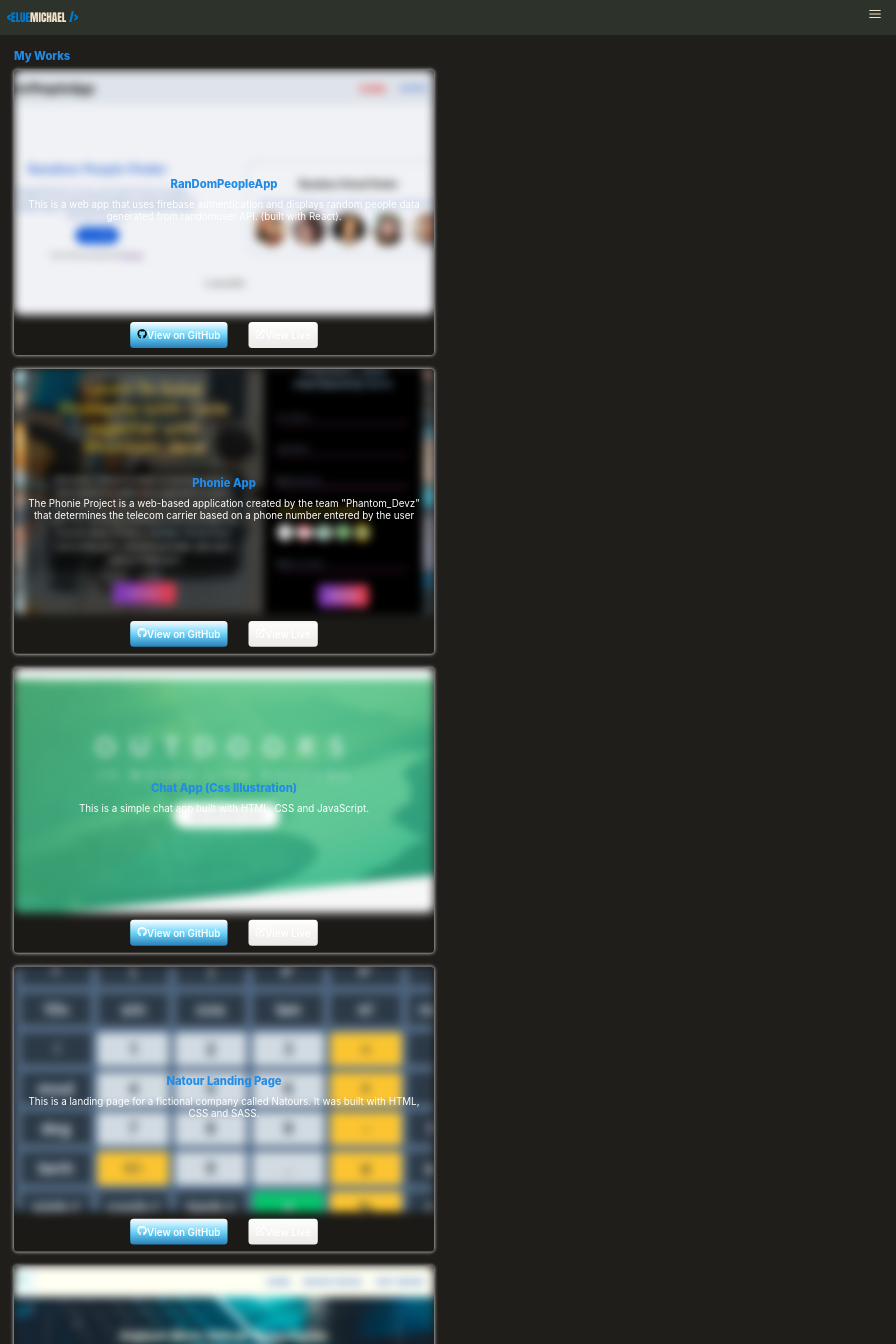
Repository: MikkyPrestige/portfolio
Page: /projects
These files come from the project's save history. The page is drawn as it stood at one moment and after the next save; the edit follows.
The browser window is 1280 px wide. The pictures show the part of the page from y = 0 to 1920 px (the page is 5651 px tall before and 5326 px after), at 70% of full size.
The project was rebuilt for these pictures with package versions that can differ from the ones it lists, and the page was loaded fresh each time. Also part of the build but not shown: src/components/avatar.jsx, src/components/home.jsx, src/components/about.jsx, src/components/fallback.jsx.

Above is the page before, as saved 2023-02-21 18:31:20.

### public/index.html
<!DOCTYPE html>
<html lang="en">
  <head>
    <meta charset="utf-8" />
    <link rel="icon" href="%PUBLIC_URL%/favicon.ico" />
    <meta name="viewport" content="width=device-width, initial-scale=1" />
    <meta name="theme-color" content="#000000" />
    <meta
      name="description"
      content="Web site created using create-react-app"
    />
    <link rel="apple-touch-icon" href="%PUBLIC_URL%/logo192.png" />
    <!--
      manifest.json provides metadata used when your web app is installed on a
      user's mobile device or desktop. See https://developers.google.com/web/fundamentals/web-app-manifest/
    -->
    <link rel="manifest" href="%PUBLIC_URL%/manifest.json" />
    <!--
      Notice the use of %PUBLIC_URL% in the tags above.
      It will be replaced with the URL of the `public` folder during the build.
      Only files inside the `public` folder can be referenced from the HTML.

      Unlike "/favicon.ico" or "favicon.ico", "%PUBLIC_URL%/favicon.ico" will
      work correctly both with client-side routing and a non-root public URL.
      Learn how to configure a non-root public URL by running `npm run build`.
    -->
    <title>Elue Michael Portfolio</title>
  </head>
  <body>
    <noscript>You need to enable JavaScript to run this app.</noscript>
    <div id="root"></div>
    <!--
      This HTML file is a template.
      If you open it directly in the browser, you will see an empty page.

      You can add webfonts, meta tags, or analytics to this file.
      The build step will place the bundled scripts into the <body> tag.

      To begin the development, run `npm start` or `yarn start`.
      To create a production bundle, use `npm run build` or `yarn build`.
    -->
  </body>
</html>

### src/assets/styles/sass/main.scss
@import 'abstracts/variables';
@import 'base/utilities';
@import 'base/base';
@import 'layouts/header';
@import 'pages/home';
@import 'pages/about';
@import 'pages/projects';

// @media (prefers-reduced-motion: no-preference) {
//   .App-logo {
//     animation: App-logo-spin infinite 20s linear;
//   }
// }

// @keyframes App-logo-spin {
//   from {
//     transform: rotate(0deg);
//   }
//   to {
//     transform: rotate(360deg);
//   }
// }

### src/assets/styles/sass/abstracts/_variables.scss
:root {
  --color-primary: #cc4600;
  --color-secondary: #bb45cb;
  --color-tertiary: #eefff8;

  // MARK UP
  --color--markup: #FF8303;
  // TEXT
  --color--text: #F0E3CA;

  // BACKGROUND
  --color--bg: #2D322A;
  --color--bg-light: #242320;
  --color--bg-dark: #1B1A17;
  --color--bg-dark-2: #1F1E1B;
  //DARK
  --color--dark: rgba(22, 22, 22, 1);
  --color--dark-1: rgba(34, 34, 34, 1);
  --color--dark-2: rgba(45, 45, 45, 1);
  --color--dark-3: rgba(51, 51, 51, 1);
  --color--dark-4: rgba(189, 189, 189, 1);
  //WHITE
  --color--white: rgba(255, 255, 255, 1);
  --color--white-1: rgba(240, 227, 202, 1);
  --color--white-2: #ece9e6;
  --color--white-op: rgba(240, 227, 202, 0.76);

  // GRAY
  --color--gray: #ABB2BF;

  --light-blue: rgba(97, 218, 251, 1);
  --light-blue--1: #3bc9db;
  --light-blue--2: #6dd5fa;
  --dark-blue: rgba(0, 122, 204, 1);
  --dark-blue--1: #2980b9;
  --blue-cyan: #228be6;
  --dark-blue-op: rgba(6, 6, 7, 0.82);

  --color--green: rgba(131, 205, 41, 1);

  //Font size
  --font-size: 1rem;
  --font-size--small: 1.2rem;
  --font-size--medium: 1.4rem;
  --font-size--large: 1.6rem;
  --font-size--x-large: 1.8rem;
  --font-size--xx-large: 2rem;
  // ICON FONTS
  --font-size--icon: 3rem;
  --font-size--icon-1: 3.5rem;
  --font-size--icon-2: 4rem;


  //Font family
  --font-family: 'Roboto', sans-serif;
  --font--family--primary: 'Inter', sans-serif;
  --font-family--secondary: 'Inconsolata', monospace;
  --font-family--tertiary: 'Impact', sans-serif;
  --font-family--2: 'Fira Code', monospace;

  // FONT WEIGHT
  --font-weight--light: 300;
  --font-weight--regular: 400;
  --font-weight--medium: 600;
  --font-weight--bold: 800;
  --font-weight--boldest: 900;
}

### src/assets/styles/sass/base/_utilities.scss
.github-link-bg {
  background: linear-gradient(to top, var(--dark-blue--1), var(--light-blue--2), var(--color--white));
}

.live-link-bg {
  background: linear-gradient(to top, var(--color--white-2), var(--color--white));
}

### src/assets/styles/sass/base/_base.scss
*,
*::after,
*::before {
  margin: 0;
  padding: 0;
  box-sizing: border-box;
}

html {
  font-size: 62.5%;
  font-family: var(--font-family);
  color: var(--color-white);
  background-color: var(--color--bg);
}

::selection {
  background-color: var(--color-primary);
  color: var(--color-white);
}

### src/assets/styles/sass/layouts/_header.scss
.layout {
  width: 100%;
  height: 5rem;

  &--header {
    display: flex;
    justify-content: space-between;
    align-items: center;
    padding: 1rem;

    &__title {
      text-align: center;

      &__content {
        color: var(--color--text);
        font-family: var(--font-family--tertiary);
        font-size: var(--font-size--large);
        font-weight: var(--font-weight--regular);
        position: absolute;
        z-index: 1000;

        &__span {
          color: var(--dark-blue);
          font-size: var(--font-size--x-large);

          &--2 {
            color: var(--dark-blue);
          }
        }
      }
    }
  }

  &--menu {
    position: relative;

    &__button {
      position: fixed;
      top: 1rem;
      right: 2rem;
      z-index: 10;
      background-color: var(--color--bg);
      color: var(--color--text);
      border: none;
      font-size: var(--font-size--xx-large);
      font-weight: var(--font-weight--bold);
      cursor: pointer;
    }

    &__content {
      position: fixed;
      top: 0;
      right: 0;
      width: 0;
      max-width: 100%;
      height: 85%;
      background-color: var(--color--bg-dark);
      z-index: 5;
      overflow: hidden;

      &.show {
        width: 100%;
        transition: all 1s ease-in-out;
        -webkit-transition: all 1s ease-in-out;
        -moz-transition: all 1s ease-in-out;
        -ms-transition: all 1s ease-in-out;
        -o-transition: all 1s ease-in-out;
      }

      &__list {
        list-style: none;
        display: flex;
        flex-direction: column;
        justify-content: center;
        align-items: center;
        gap: 5rem;
        padding: 0;
        margin-top: 8rem;

        &__item {
          color: var(--dark-blue);
          font-family: var(--font-family--secondary);
          font-size: var(--font-size--large);
          font-weight: var(--font-weight--bold);
          font-style: normal;
          text-transform: capitalize;
          cursor: pointer;
          transition: all 1s ease-in-out;
          -webkit-transition: all 1s ease-in-out;
          -moz-transition: all 1s ease-in-out;
          -ms-transition: all 1s ease-in-out;
          -o-transition: all 1s ease-in-out;

          &:hover,
          &:active {
            color: var(--color--text);
          }

          span {
            color: var(--color--white-1);
          }
        }
      }
    }
  }


  &--large {
    display: none;
  }
}

### src/assets/styles/sass/pages/home.scss
.home {
  width: 100%;
  height: 100vh;
  background: radial-gradient(100% 100% at 50% 100%, var(--color--bg-dark-2) 21.52%, var(--color--bg-dark) 100%);

  &--contents {
    display: flex;
    flex-direction: column;
    justify-content: center;
    align-items: center;
    padding: 3rem 5rem;
    gap: 3rem;
  }

  &--content {
    display: flex;
    flex-direction: column;
    align-items: flex-start;
    padding: 0;
    gap: .5rem;

    &__title {
      font-family: var(--font-family--secondary);
      font-size: var(--font-size--x-large);
      font-weight: var(--font-weight--boldest);
      color: var(--dark-blue);
    }

    &__subtitle {
      font-family: var(--font-family--secondary);
      font-size: var(--font-size--large);
      font-weight: var(--font-weight--bold);
      color: var(--color--text);
    }

    &__desc {
      font-family: var(--font-family--secondary);
      font-size: var(--font-size--small);
      font-weight: var(--font-weight--regular);
      color: var(--color--white-1);
    }
  }

  &--avatar {
    border-radius: 5%;
    -webkit-border-radius: 5%;
    -moz-border-radius: 5%;
    -ms-border-radius: 5%;
    -o-border-radius: 5%;
    background-image: radial-gradient(circle, var(--blue-cyan) 5%, var(--light-blue--1) 95%);
  }
}

### src/assets/styles/sass/pages/_about.scss
.about {
  width: 100%;
  height: 100%;
  background-color: var(--color--bg-dark-2);
  color: var(--color--gray);

  &--wrapper {
    display: flex;
    flex-direction: column;
    justify-content: center;
    align-items: center;
    gap: 1rem;
  }

  &--desc {
    padding: 5rem;
    display: flex;
    flex-direction: column;
    justify-content: center;
    align-items: center;
    gap: 5rem;
  }

  &--img {
    position: relative;

    &__content1 {
      width: 3rem;
      height: 3rem;
      position: absolute;
      top: 0;
      left: 0;
      background: var(--dark-blue);
      transform: rotate(51.88deg);
    }

    &__content2 {
      width: 3rem;
      height: 3rem;
      position: absolute;
      top: 0;
      left: 0;
      background: var(--color--white-op);
    }
  }

  &--content {
    display: flex;
    flex-direction: column;
    justify-content: center;
    align-items: flex-start;
    gap: 2rem;
    font-family: var(--font-family--2);

    &__title {
      line-height: 2;

      &__head {
        font-size: var(--font-size--x-large);
        font-weight: var(--font-weight--medium);
      }

      &__span {
        color: var(--dark-blue);
      }

      &__subhead {
        font-size: var(--font-size--medium);
        font-weight: var(--font-weight--regular);
      }
    }

    &__text {
      padding-left: 3rem;
      line-height: 1.5;
      color: var(--color--text);

      &__head {
        font-size: var(--font-size--large);
        font-weight: var(--font-weight--regular);

        &__name {
          color: var(--blue-cyan);
          font-weight: var(--font-weight--medium);
        }
      }

      &__desc {
        font-size: var(--font-size--small);
        font-weight: var(--font-weight--regular);
      }
    }
  }

  &--skills {
    display: flex;
    flex-direction: column;
    justify-content: center;
    align-items: center;
    gap: 2rem;

    &__title__head {
      font-size: var(--font__title -size--x-large);
      font-weight: var(--font-weight--medium);
      color: var(--dark-blue);
      text-transform: capitalize;
    }

    &__icon {
      font-size: var(--font-size--medium);
      color: var(--color--white-1);
    }

    &__content {
      display: flex;
      flex-direction: column;
      align-items: flex-start;
      gap: 2rem;
      padding: 0;
      width: 100%;

      &__items {
        display: grid;
        grid-template-columns: repeat(2, 1fr);
        gap: 2rem 5rem;
        width: 100%;
        padding: 1rem 3rem;
        border-radius: 1rem;
        background-color: var(--color--bg-dark);

        &__card {
          display: flex;
          flex-direction: column;
          justify-content: center;
          align-items: center;
          padding: 1rem;
          width: 10rem;
          border-radius: 1rem;
          -webkit-border-radius: 1rem;
          -moz-border-radius: 1rem;
          -ms-border-radius: 1rem;
          -o-border-radius: 1rem;

          &__icon {
            font-size: var(--font-size--icon-2);
          }

          &__text {
            font-family: var(--font-family--secondary);
            font-size: var(--font-size--medium);
            font-weight: var(--font-weight--medium);
            color: var(--color--white-1);
          }
        }
      }
    }
  }
}

### src/assets/styles/sass/pages/_projects.scss
.project {
  padding: 2rem;
  background-color: var(--color--bg-dark-2);

  &--title {
    font-family: var(--font--family--secondary);
    font-size: var(--font-size--large);
    font-weight: var(--font-weight--bold);
    color: var(--blue-cyan);
    margin-bottom: 1rem;
  }

  &--wrapper {
    display: grid;
    grid-template-columns: repeat(1, 1fr);
    gap: 2rem;
    width: 100%;
  }

  &--card {
    background-color: var(--color--bg-dark);
    // margin: auto;
    padding: 1rem;
    border-radius: 0.5rem;
    box-shadow: 0 0 0.5rem 0.1rem var(--color--dark-4);
    transition: all 0.3s ease-in-out;
    position: relative;
    display: flex;
    flex-direction: column;
    justify-content: center;
    align-items: center;
    // height: 100%;
    max-width: 60rem;
    overflow-y: hidden;

    &:hover {
      transform: translateY(-0.5rem);
      box-shadow: 0 0 0.5rem 0.1rem var(--color--dark-4);
    }

    &__blur {
      position: absolute;
      top: 0;
      left: 0;
      width: 100%;
      height: 35rem;
      border-radius: 1rem;
      background-size: cover;
      background-position: center;
      background-repeat: no-repeat;
      filter: blur(0.7rem);
      //z-index: 1;

      &-1 {
        background-image: url(../../../images/randomApp.jpeg);
      }

      &-2 {
        background-image: url(../../../images/phonieApp.jpeg);
      }

      &-3 {
        background-image: url(../../../images/natours.jpeg);
      }

      &-4 {
        background-image: url(../../../images/calculator.jpeg);
      }

      &-5 {
        background-image: url(../../../images/repoApp.jpeg);
      }

      &-6 {
        background-image: url(../../../images/fylo.jpeg);
      }

      &-7 {
        background-image: url(../../../images/orderCard.jpeg);
      }

      &-8 {
        background-image: url(../../../images/phonyApp.jpeg);
      }

      &-9 {
        background-image: url(../../../images/ratingApp.jpeg);
      }

      &-10 {
        background-image: url(../../../images/chatAppCss.jpeg);
      }

      &-11 {
        background-image: url(../../../images/trillo.jpeg);
      }

      &-12 {
        background-image: url(../../../images/statsCard.jpeg);
      }

      &-13 {
        background-image: url(../../../images/phonyApp.jpeg);
      }

      &-14 {
        background-image: url(../../../images/shoebrand.jpeg);
      }
    }

    &__content {
      height: 35rem;
      width: 100%;
      display: flex;
      flex-direction: column;
      justify-content: center;
      align-items: center;
      gap: 1rem;
      position: relative;
      top: 0;
      left: 0;
      // z-index: 10;

      &__title {
        font-family: var(--font--family--secondary);
        font-size: var(--font-size--large);
        font-weight: var(--font-weight--bold);
        color: var(--blue-cyan);
      }

      &__desc {
        font-family: var(--font--family--secondary);
        font-size: var(--font-size--medium);
        font-weight: var(--font-weight--regular);
        color: var(--color--white);
        text-align: center;
      }
    }

    &__links {
      display: flex;
      align-items: center;
      gap: 3rem;

      &__link {
        text-decoration: none;
        padding: 1rem;
        border-radius: 0.5rem;
        font-family: var(--font--family--secondary);
        font-size: var(--font-size--medium);
        font-weight: var(--font-weight--medium);
        color: var(--color--white);
        transition: all 0.3s ease-in-out;

        &:hover {
          color: var(--blue-cyan);
        }
      }
    }
  }
}

Loaded but not shown: src/index.css (common file); src/reportWebVitals.js (common file); src/index.js (21 lines, source omitted); src/App.js (22 lines, source omitted); src/components/projects.jsx (437 lines, source omitted); src/components/layout.jsx (141 lines, source omitted)

After the next save:
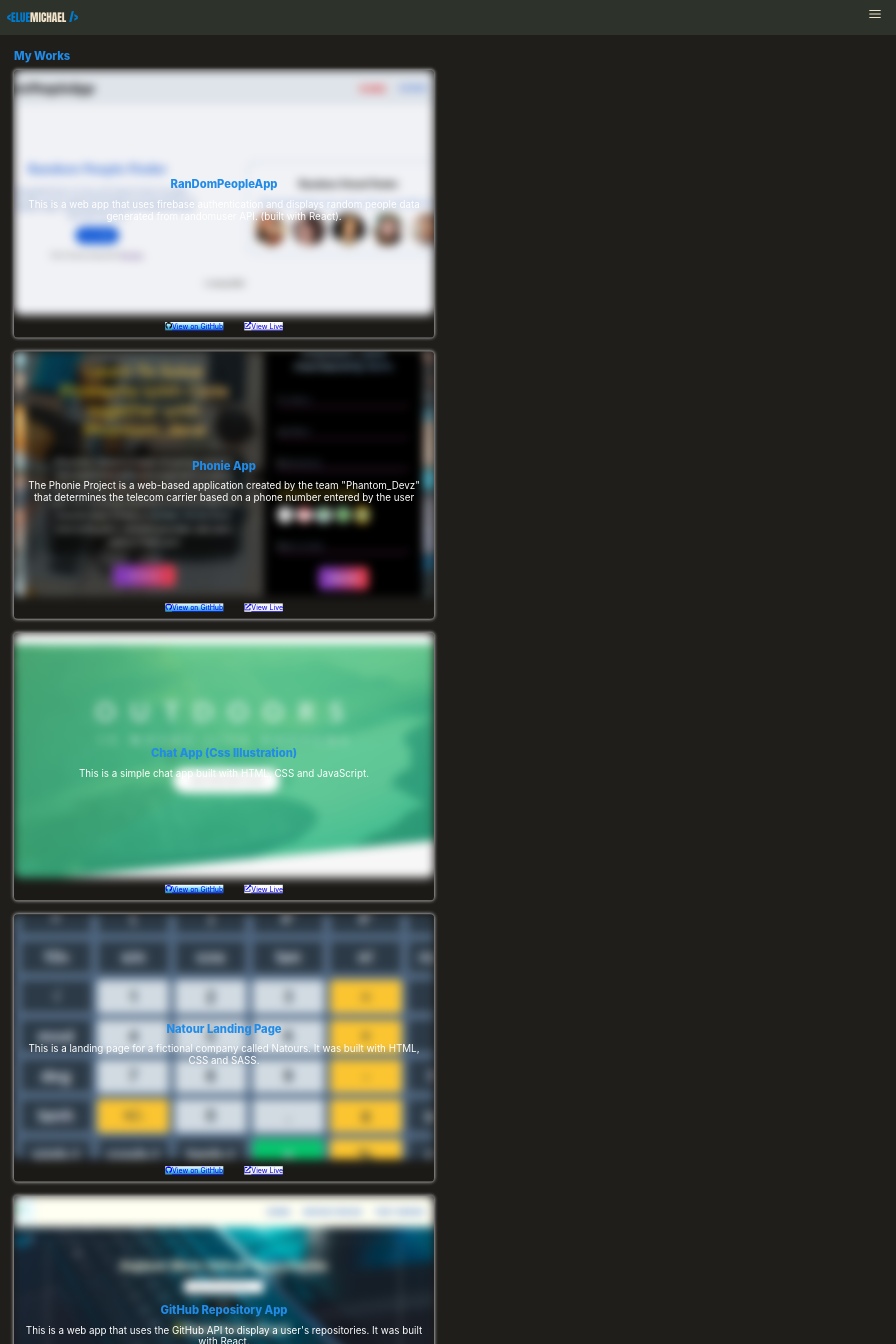
Saved 66 s later.
--- a/src/assets/styles/sass/pages/_projects.scss
+++ b/src/assets/styles/sass/pages/_projects.scss
@@ -143,13 +143,13 @@
       gap: 3rem;
 
       &__link {
-        text-decoration: none;
-        padding: 1rem;
-        border-radius: 0.5rem;
-        font-family: var(--font--family--secondary);
-        font-size: var(--font-size--medium);
-        font-weight: var(--font-weight--medium);
-        color: var(--color--white);
+        // text-decoration: none;
+        // padding: 1rem;
+        // border-radius: 0.5rem;
+        // font-family: var(--font--family--secondary);
+        // font-size: var(--font-size--medium);
+        // font-weight: var(--font-weight--medium);
+        // color: var(--color--white);
         transition: all 0.3s ease-in-out;
 
         &:hover {

After the save that followed:
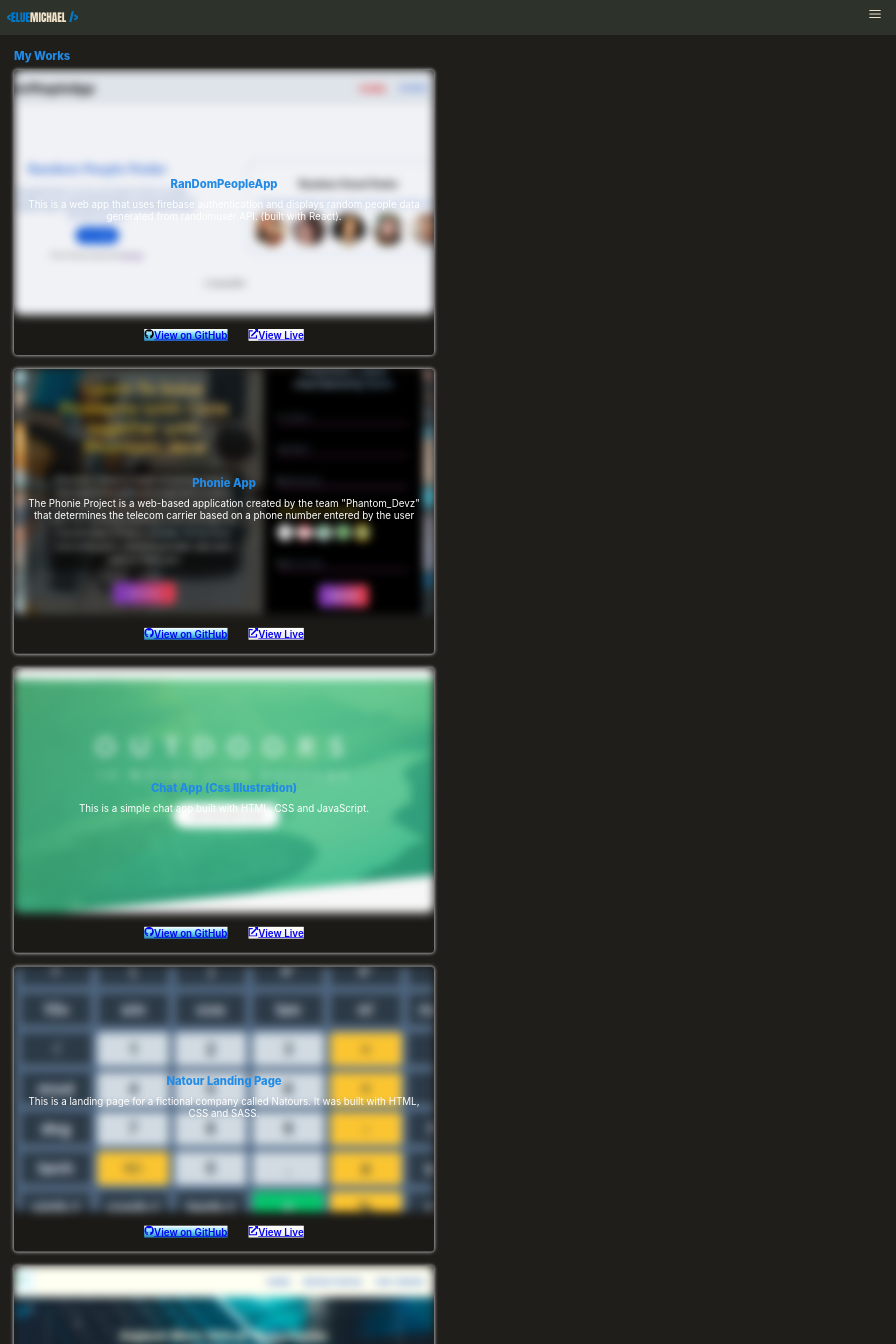
Saved 8 s later.
--- a/src/assets/styles/sass/pages/_projects.scss
+++ b/src/assets/styles/sass/pages/_projects.scss
@@ -141,6 +141,13 @@
       display: flex;
       align-items: center;
       gap: 3rem;
+      text-decoration: none;
+        padding: 1rem;
+        border-radius: 0.5rem;
+        font-family: var(--font--family--secondary);
+        font-size: var(--font-size--medium);
+        font-weight: var(--font-weight--medium);
+        color: var(--color--white);
 
       &__link {
         // text-decoration: none;
